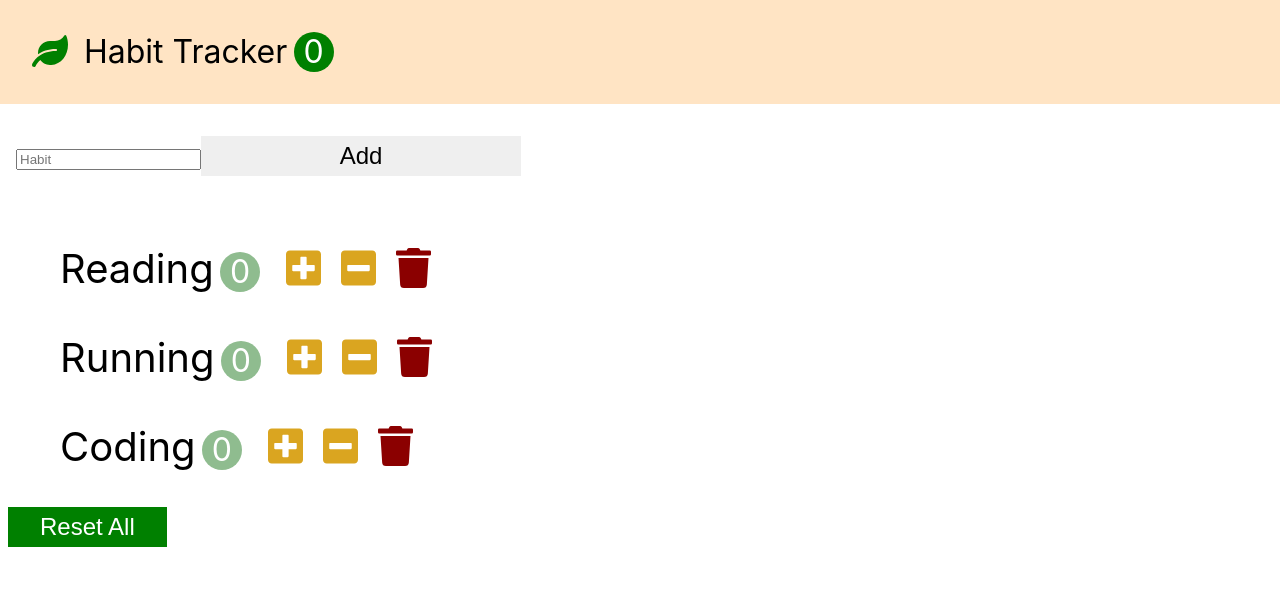
Repository: keehoonjung/react-habit-tracker
Page: / (app in react/habit-tracker/)
The author's editor kept a copy of each file at every save. The page is drawn from the files as they stood at one save, then again after the next save.
The browser window is 1280 px wide. The pictures show the whole page.
The project was rebuilt for these pictures with package versions that can differ from the ones it lists, and the page was loaded fresh each time.

Above is the page before, as saved 2021-08-30 19:37:36.

After the next save:
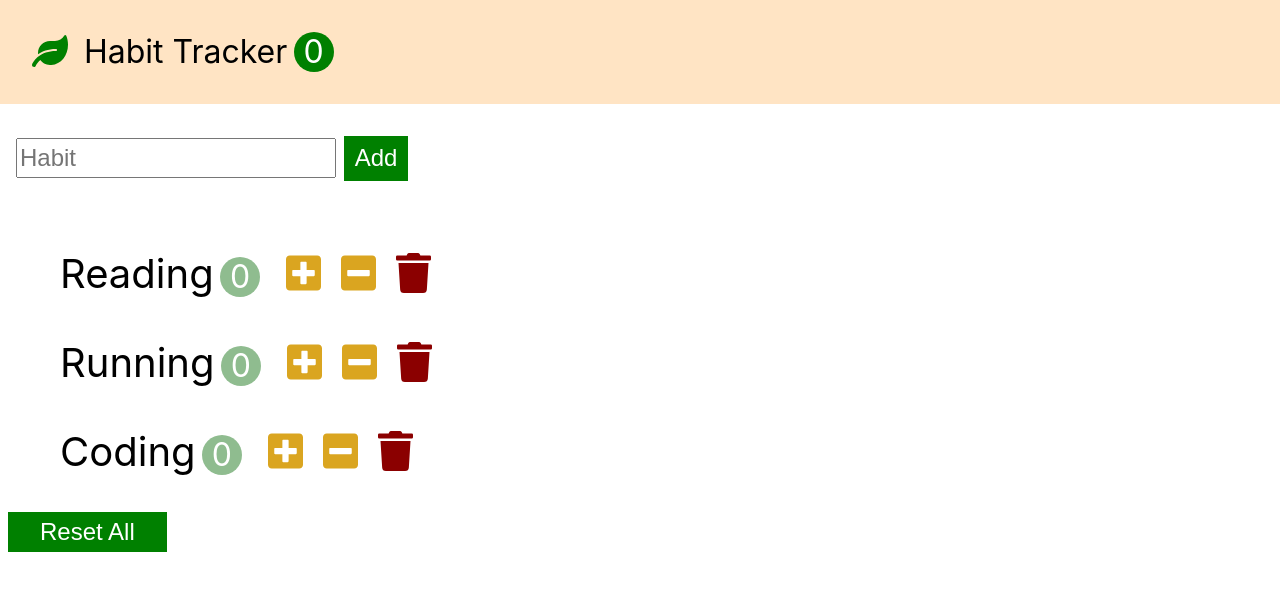
Saved 31 s later.
--- a/react/habit-tracker/src/app.css
+++ b/react/habit-tracker/src/app.css
@@ -37,13 +37,13 @@ button {
   padding: 2rem 1rem;
 }
 
-.add-button {
+.add-input {
   font-size: 1.5rem;
   width: 20rem;
   height: 2.5rem;
 }
 
-.habit-input {
+.add-button {
   font-size: 1.5rem;
   height: 2.8rem;
   width: 4rem;
